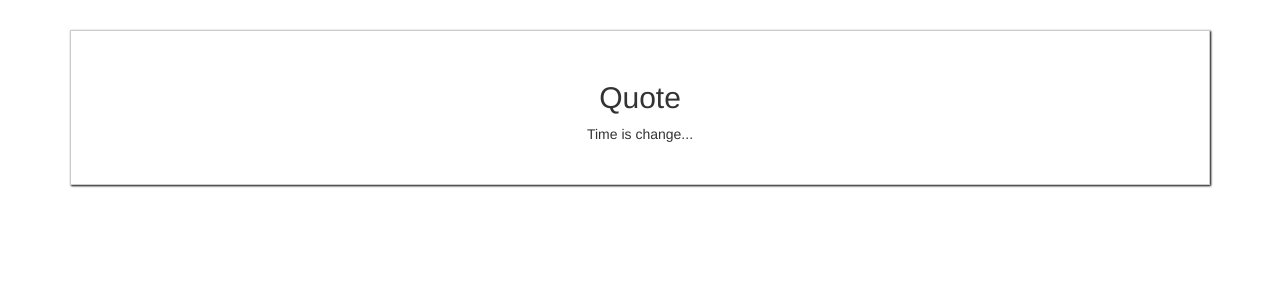
Repository: wojkos/Learn
Page: / (app in Vue/module9/)
The author's editor kept a copy of each file at every save. The page is drawn from the files as they stood at one save, then again after the next save.
The browser window is 1280 px wide. The pictures show the whole page.
The project was rebuilt for these pictures with package versions that can differ from the ones it lists, and the page was loaded fresh each time. Also part of the build but not shown: Vue/module9/webpack.config.js.

Above is the page before, as saved 2018-04-26 16:43:57.

### Vue/module9/src/App.vue
<template>
    <div class="container">
        <div class="row">
            <div class="col-xs-12">
               <appQuote>
                    <h2>Quote</h2>
                    <p>Time is change...</p>
               </appQuote>
            </div>
        </div>
    </div>
</template>

<script>
        import Quote from './components/Quote.vue'
    export default {
        components: {
            appQuote: Quote
        }
    }
</script>

<style>
</style>

### Vue/module9/src/components/Quote.vue
<template>
		<div>
			<slot></slot>
		</div>
</template>

<script>
	export default{
		props: ['quote']
	}
</script>

<style scoped>
		div {
			border: 1px solid #ccc;
			box-shadow: 1px 1px 2px black;
			padding: 30px;
			margin: 30px auto;
			text-align: center;
		}
</style>

Loaded but not shown: Vue/module9/index.html (common file); Vue/module9/src/main.js (common file)

After the next save:
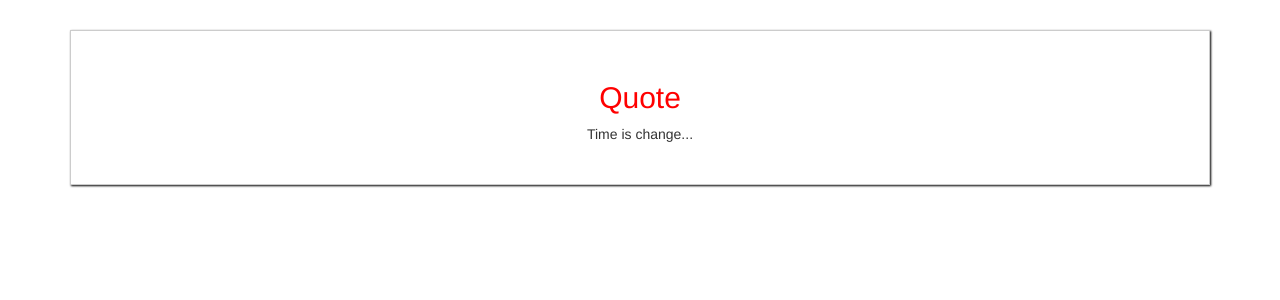
Saved 54 s later.
--- a/Vue/module9/src/components/Quote.vue
+++ b/Vue/module9/src/components/Quote.vue
@@ -18,4 +18,7 @@
 			margin: 30px auto;
 			text-align: center;
 		}
+		h2 {
+			color: red;
+		}
 </style>
